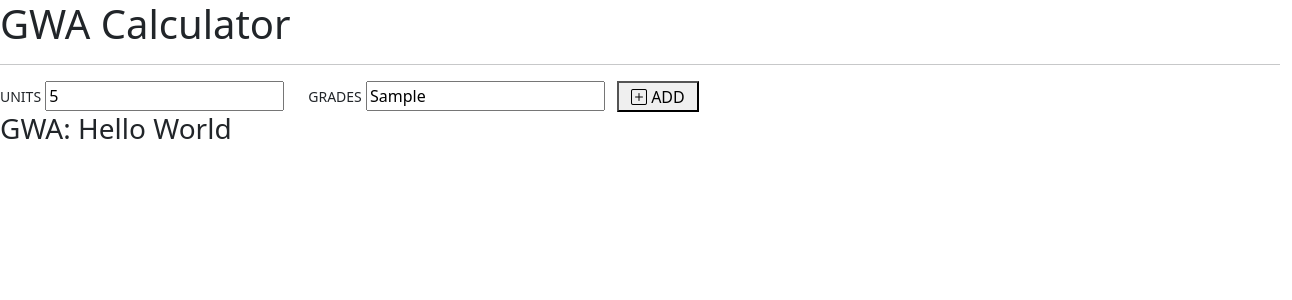
Repository: yonora/GWACalculator
Page: index.html
These files come from the project's save history. The page is drawn as it stood at one moment and after the next save; the edit follows.
The browser window is 1280 px wide. The page is 1292 px wide, so the pictures cover 1292 px, including what lies to the right of the window. The pictures show the whole page.
Empty fields were first filled with sample values (such as "Sample", 5 or name@example.com).
After loading, the first visible `button.col-auto` was clicked once.

Above is the page before, as saved 2025-01-04 22:08:46.

### index.html
<!DOCTYPE html>
<html lang="en">
<head>
    <meta charset="UTF-8">
    <meta name="viewport" content="width=device-width, initial-scale=1.0">
    <link rel="stylesheet" href="https://cdn.jsdelivr.net/npm/bootstrap@5.3.3/dist/css/bootstrap.min.css">
    <link rel="stylesheet" href="https://cdn.jsdelivr.net/npm/bootstrap-icons@1.11.3/font/bootstrap-icons.min.css">
    <script src="js.js"></script>
    <title>GWA Calculator</title>
</head>
<body>
    <h1>GWA Calculator</h1>
    <hr>
    <div class="row" id="grade-container">
        <div class="col-auto">
            <label for="units" class="col-form-label-sm">UNITS</label>
            <input type="number" class="col-form-control" id="units">
        </div>
        <div class="col-auto">
            <label for="grades" class="col-form-label-sm">GRADES</label>
            <input type="text" class="col-form-control" id="grades">
        </div>
        <button class="col-auto add" onclick="add()"><i class="bi bi-plus-square"></i> ADD</button>
    </div>
    <h3>GWA: <span id="gwa"></span></h3>
</body>
</html>

### js.js
function add(){
    const gwa = document.getElementById('gwa');
    gwa.innerHTML = "Hello World";
}

function compute(){
    const gwa = document.getElementById('gwa');
    gwa.innerHTML = "Hello World";
}

After the next save:
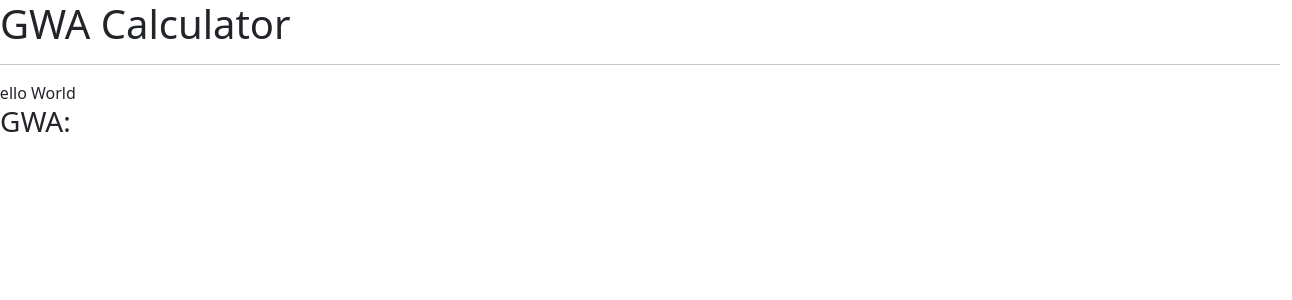
Saved 23 s later.
--- a/js.js
+++ b/js.js
@@ -1,5 +1,5 @@
 function add(){
-    const gwa = document.getElementById('gwa');
+    const gwa = document.getElementById('grade-container');
     gwa.innerHTML = "Hello World";
 }
 
